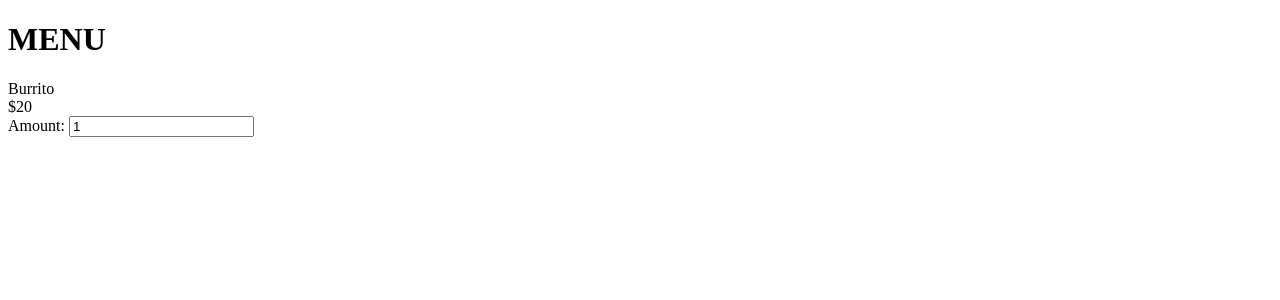
Repository: LamQuocPhu/JungTalent
Page: http://localhost/
These files come from the project's save history. The page is drawn as it stood at one moment and after a run of saves; the edit follows.
The browser window is 1280 px wide. The pictures show the whole page.
The page is served by the project's Node server (index.js).

Above is the page before, as saved 2023-10-25 22:53:30.

### views/cart.ejs
<!DOCTYPE html>
<html lang="en">
  <head>
    <meta charset="UTF-8" />
    <meta name="viewport" content="width=device-width, initial-scale=1.0" />
    <title>Document</title>
    <link rel="stylesheet" href="/css/style.css" />
  </head>
  <body>
    <h1>MENU</h1>
    <div class="wrapper">
      <div class="cart-item">
        <div class="item-name">
            <span>Burrito</span>
        </div>
        <div class="item-price">
            <span>$20</span>
        </div>
        <div class="item-amount">
            <span>Amount:</span>
            <input type="number" value="1" min="1">
        </div>
      </div>
    </div>
  </body>
</html>

### index.js
var express = require('express');
var app = express();
const PORT = process.env.PORT || 3003;
const bodyParser = require("body-parser");
const path = require("path");


app.set("view engine", "ejs");
app.set("views", "./views");
app.use(bodyParser.urlencoded({ extended: true }));
app.use(express.static(path.join(__dirname, 'public')));


app.listen(PORT, () => {
    console.log(`Server start on port ${PORT}`);
})

app.get('/', (req, res) => {
    res.render('cart');
});

### public/css/style.css
.wrapper {
    width: 100%;
    height: auto;
}

After the next 2 saves:
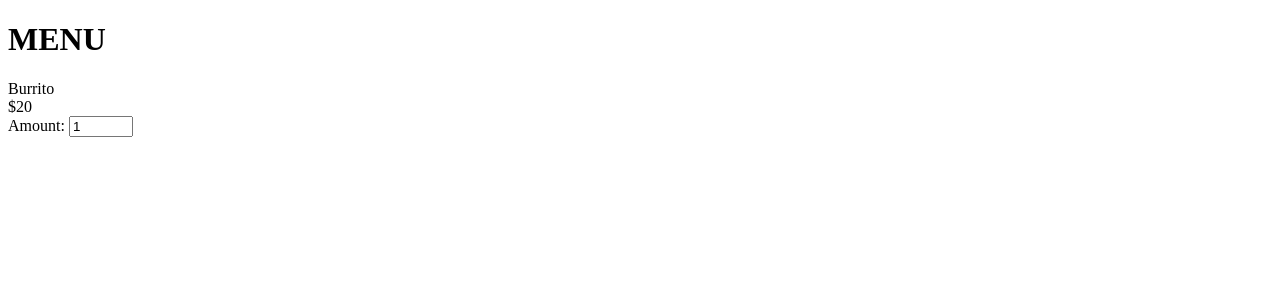
The 2 saves are shown as one change because they came seconds apart.
The last was saved 19 s later.
--- a/views/cart.ejs
+++ b/views/cart.ejs
@@ -18,7 +18,7 @@
         </div>
         <div class="item-amount">
             <span>Amount:</span>
-            <input type="number" value="1" min="1">
+            <input type="number" value="1" min="1" max="100">
         </div>
       </div>
     </div>
